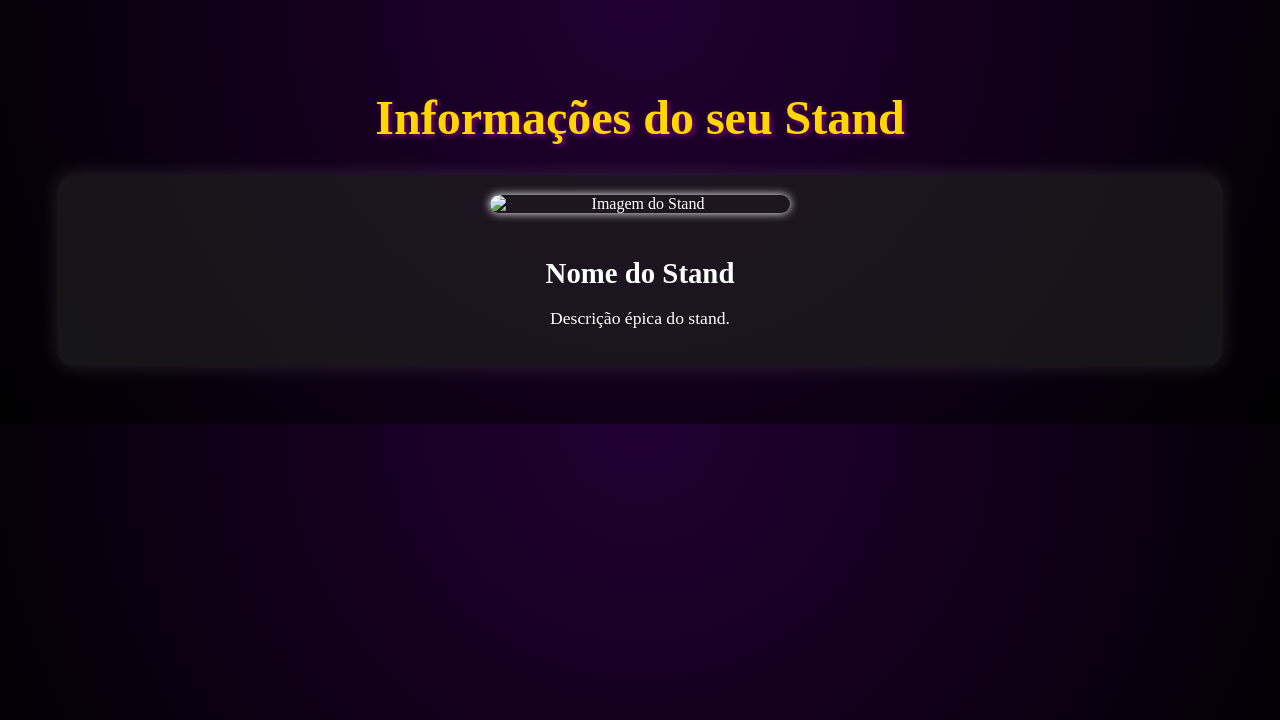
Repository: Yago-sz/Site-Jojo
Page: standinfo.html
The author's editor kept a copy of each file at every save. The page is drawn from the files as they stood at one save, then again after the next save.
The browser window is 1280 px wide. The pictures show the whole page.
Some web fonts or font styles are not loaded; a fallback is used.

Above is the page before, as saved 2025-04-23 17:25:57.
Console error: TypeError: Cannot read properties of undefined (reading 'imagem')

After the next save:
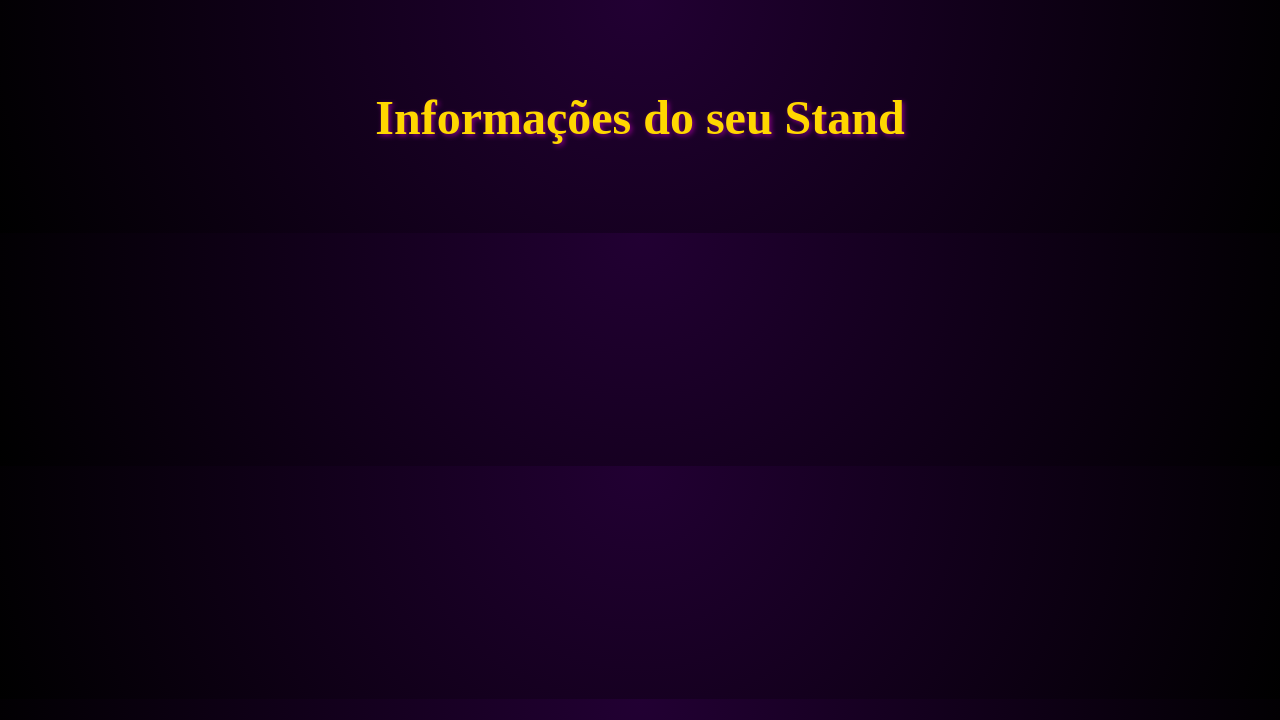
The error is gone.
Saved 61 s later.
--- a/standinfo.html
+++ b/standinfo.html
@@ -17,68 +17,105 @@
                 <h2 id="stand-nome" class="stand-nome">Nome do Stand</h2>
                 <p id="stand-desc" class="stand-desc">Descrição épica do stand.</p>
             </div>
+
+            <!-- Ranking -->
+            <div id="stand-ranking" class="stand-ranking">
+                <h3>Ranking</h3>
+                <ul id="ranking-lista"></ul>
+            </div>
+
+            <!-- Habilidades -->
+            <div id="stand-habilidades" class="stand-habilidades">
+                <h3>Habilidades</h3>
+                <ul id="habilidades-lista"></ul>
+            </div>
         </div>
-
+    </div>
 
     <script>
-        // Obtém o nome do stand da URL
         const urlParams = new URLSearchParams(window.location.search);
         const standNome = decodeURIComponent(urlParams.get('stand'));
 
-        // Informações do Stand
+        // Banco de dados de Stands
         const infosDoStand = {
             "Star Platinum": {
                 imagem: "img/star_platinum.jpg",
-                descricao: "Extremamente rápido e poderoso. Famoso pelo grito 'ORA ORA ORA!' e capaz de parar o tempo com 'The World'."
+                descricao: "Extremamente rápido e poderoso. Famoso pelo grito 'ORA ORA ORA!' e capaz de parar o tempo com 'The World'.",
+                ranking: [
+                    { nome: "Dano", valor: "10/10" },
+                    { nome: "Velocidade", valor: "9/10" },
+                    { nome: "Controle", valor: "8/10" }
+                ],
+                habilidades: [
+                    "Aceleração incrível",
+                    "Parar o tempo",
+                    "Força física excepcional"
+                ]
             },
             "Killer Queen": {
                 imagem: "img/killer_queen.jpg",
-                descricao: "Pode transformar qualquer coisa em bomba. Possui habilidades como Sheer Heart Attack e Bites the Dust."
-            },
-            "Crazy Diamond": {
-                imagem: "img/crazy_diamond.jpg",
-                descricao: "Pode restaurar objetos e pessoas à sua forma original. Forte e preciso, mas com um coração gentil."
-            },
-            "Gold Experience Requiem": {
-                imagem: "img/ger.jpg",
-                descricao: "Possui o poder de anular causas e efeitos. Virtualmente invencível ao retornar tudo ao 'zero'."
-            },
-            "The World": {
-                imagem: "img/the_world.jpg",
-                descricao: "Stand de DIO com poder de parar o tempo. Extremamente veloz e forte."
-            },
-            "Tusk ACT4": {
-                imagem: "img/tusk_act4.jpg",
-                descricao: "A forma final do Tusk. Usa rotações infinitas para causar danos que ignoram defesas e não podem ser curados."
-            },
-            "D4C - Love Train": {
-                imagem: "img/d4c.jpg",
-                descricao: "Manipula dimensões e desvia o destino ruim para os outros. Um dos stands mais perigosos."
-            },
-            "Soft & Wet": {
-                imagem: "img/soft_wet.jpg",
-                descricao: "Pode roubar propriedades de objetos e pessoas usando bolhas. Extremamente versátil."
+                descricao: "Transforma objetos em bombas. Habilidades incluem Sheer Heart Attack e Bites the Dust.",
+                ranking: [
+                    { nome: "Dano", valor: "9/10" },
+                    { nome: "Velocidade", valor: "7/10" },
+                    { nome: "Controle", valor: "8/10" }
+                ],
+                habilidades: [
+                    "Explosões de contato",
+                    "Sheer Heart Attack",
+                    "Bites the Dust"
+                ]
             },
             "Wonder of U": {
-                imagem: "imagem/wonder.png",
-                descricao: "Invoca calamidades contra quem o persegue. Atua com uma aura de inevitabilidade."
-            },
-            "The World Over Heaven": {
-                imagem: "img/world_over_heaven.jpg",
-                descricao: "Versão alternativa e ainda mais poderosa do The World, capaz de reescrever a realidade com seus socos."
+                imagem: "img/wonder.png",
+                descricao: "Invoca calamidades contra quem o persegue. Atua com uma aura de inevitabilidade.",
+                ranking: [
+                    { nome: "Dano", valor: "8/10" },
+                    { nome: "Velocidade", valor: "6/10" },
+                    { nome: "Controle", valor: "10/10" }
+                ],
+                habilidades: [
+                    "Invocação de calamidades",
+                    "Inevitabilidade absoluta",
+                    "Manipulação da sorte"
+                ]
             }
+            // Adicione os outros aqui se quiser!
         };
 
-        // Exibe as informações do stand
         const info = infosDoStand[standNome];
-        const standInfo = document.getElementById("stand-info");
-        const standImg = document.getElementById("stand-img");
-        const standNomeEl = document.getElementById("stand-nome");
-        const standDesc = document.getElementById("stand-desc");
 
-        standImg.src = info.imagem;
-        standNomeEl.textContent = standNome;
-        standDesc.textContent = info.descricao;
+        if (!info) {
+            alert("Stand não encontrado!");
+            console.log("Stand não encontrado:", standNome);
+            document.getElementById("stand-info").style.display = "none";
+        } else {
+            // Elementos do DOM
+            const standImg = document.getElementById("stand-img");
+            const standNomeEl = document.getElementById("stand-nome");
+            const standDesc = document.getElementById("stand-desc");
+            const rankingLista = document.getElementById("ranking-lista");
+            const habilidadesLista = document.getElementById("habilidades-lista");
+
+            // Preenche os dados
+            standImg.src = info.imagem;
+            standNomeEl.textContent = standNome;
+            standDesc.textContent = info.descricao;
+
+            // Ranking
+            info.ranking?.forEach(item => {
+                const li = document.createElement("li");
+                li.textContent = `${item.nome}: ${item.valor}`;
+                rankingLista.appendChild(li);
+            });
+
+            // Habilidades
+            info.habilidades?.forEach(habilidade => {
+                const li = document.createElement("li");
+                li.textContent = habilidade;
+                habilidadesLista.appendChild(li);
+            });
+        }
     </script>
 </body>
 </html>
